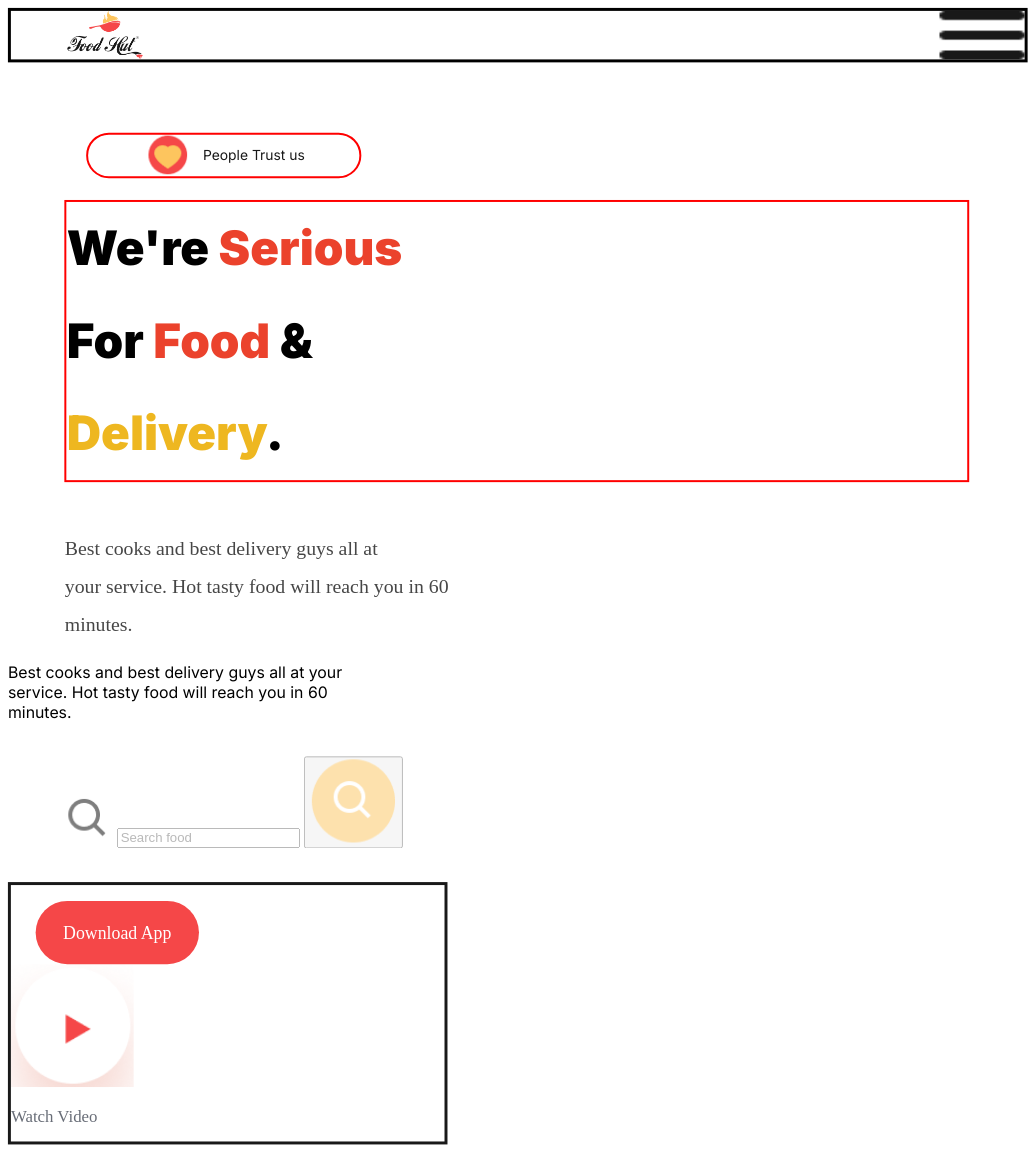
Repository: ReyhanehRahmani/Food-Hut
Page: FoodHut.html
The author's editor kept a copy of each file at every save. The page is drawn from the files as they stood at one save, then again after the next save.
The browser window is 1024 px wide. The page is 1038 px wide, so the pictures cover 1038 px, including what lies to the right of the window. The pictures show the whole page, at 99% of full size.
Some web fonts or font styles are not loaded; a fallback is used.

Above is the page before, as saved 2025-05-28 21:18:44.

After the next save:
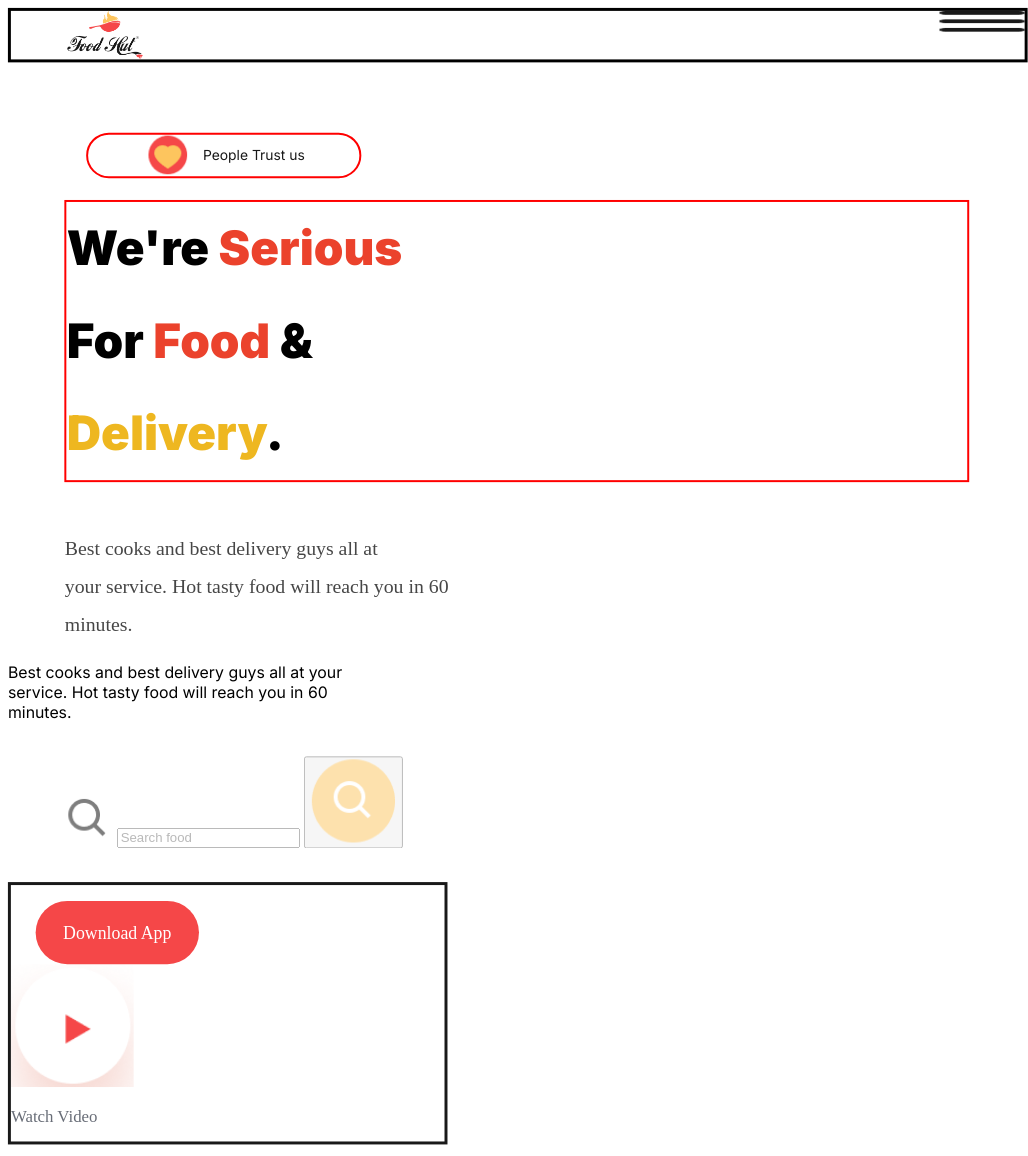
Saved 90 s later.
--- a/FoodHut.css
+++ b/FoodHut.css
@@ -25,6 +25,7 @@ body {
 
 #slider{
     width: 8.411214953%;
+    height: 43.548387097%;
 }
 
 /*#NavbarSlider{
